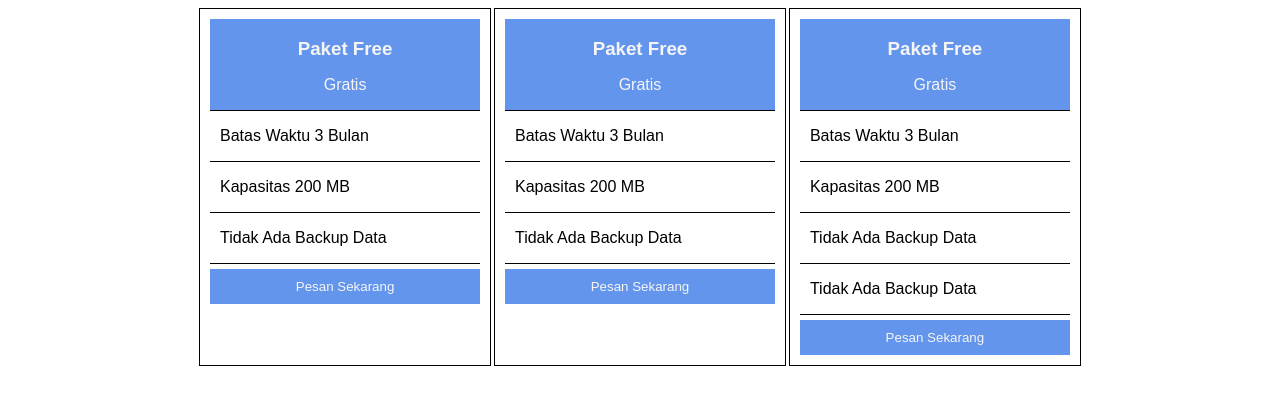
Repository: AHSANS354/tugas-sib5
Page: tugas css/index.html
An editor plug-in stored every save of this project. The page is shown before and after the next save, followed by the edit.
The browser window is 1280 px wide. The pictures show the whole page.

Above is the page before, as saved 2023-08-29 16:02:00.

After the next save:
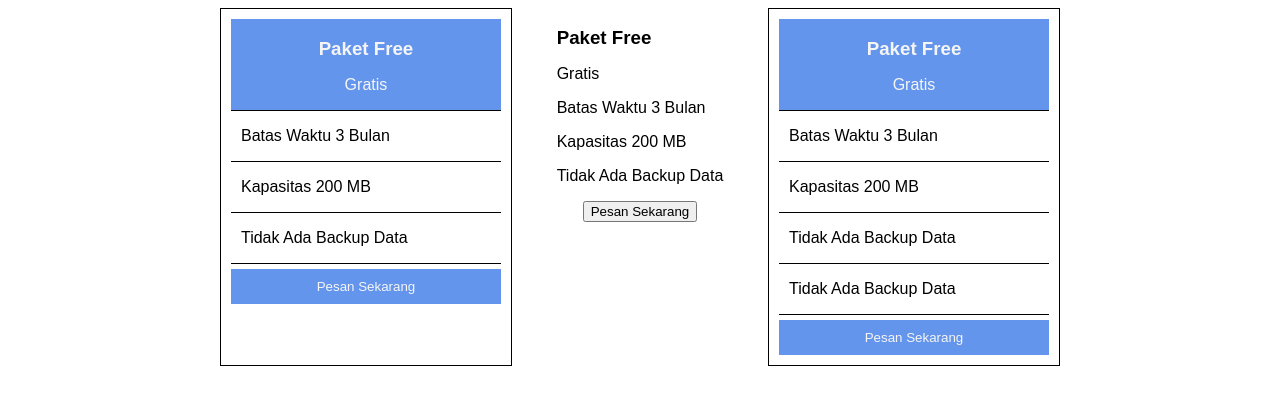
Saved 32 s later.
--- a/tugas css/index.html
+++ b/tugas css/index.html
@@ -34,8 +34,8 @@
               </div>
             </div>
           </div>
-          <div class="card">
-            <div class="header">
+          <div class="card2">
+            <div class="header2">
               <div>
                 <h3>paket free</h3>
               </div>
@@ -43,7 +43,7 @@
                 <p>Gratis</p>
               </div>
             </div>
-            <div class="content">
+            <div class="content2">
               <div>
                 <p>batas waktu 3 bulan</p>
               </div>
@@ -54,7 +54,7 @@
                 <p>tidak ada backup data</p>
               </div>
               <div class="btn">
-                <button type="button" class="tombol">pesan sekarang</button>
+                <button type="button" class="tombol2">pesan sekarang</button>
               </div>
             </div>
           </div>

After the save that followed:
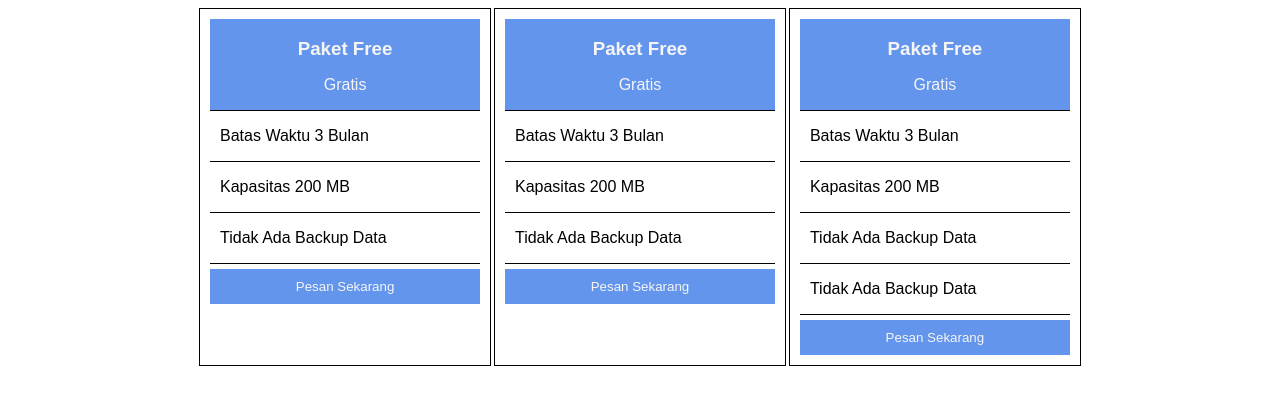
Saved 56 s later.
--- a/tugas css/style.css
+++ b/tugas css/style.css
@@ -60,12 +60,12 @@ h3 {
 }
 
 /* css tampilan card 2 */
-.card {
+.card2 {
   border: 1px solid black;
   padding: 10px;
   width: 270px;
 }
-.header {
+.header2 {
   background-color: cornflowerblue;
   color: whitesmoke;
   display: flex;
@@ -74,20 +74,20 @@ h3 {
   flex-direction: column;
 }
 
-.content div {
+.content2 div {
   border-top: 1px solid black;
 }
 
-.content p {
+.content2 p {
   padding-left: 10px;
 }
 
-.btn {
+.btn2 {
   display: flex;
   justify-content: center;
 }
 
-.tombol {
+.tombol2 {
   width: 100%;
   margin-top: 5px;
   padding: 10px 70px;
